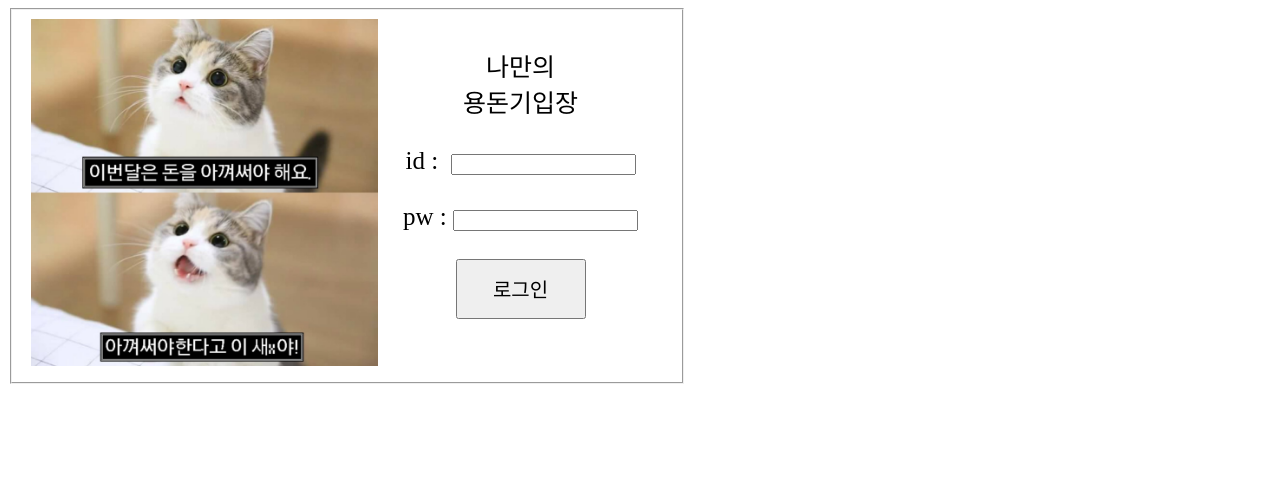
Repository: hus0124/M-IT
Page: JSP_Workspaces/pocketMoneyDiary/WebContent/index.html
The author's editor kept a copy of each file at every save. The page is drawn from the files as they stood at one save, then again after the next save.
The browser window is 1280 px wide. The pictures show the whole page.

Above is the page before, as saved 2020-01-03 00:38:28.

After the next save:
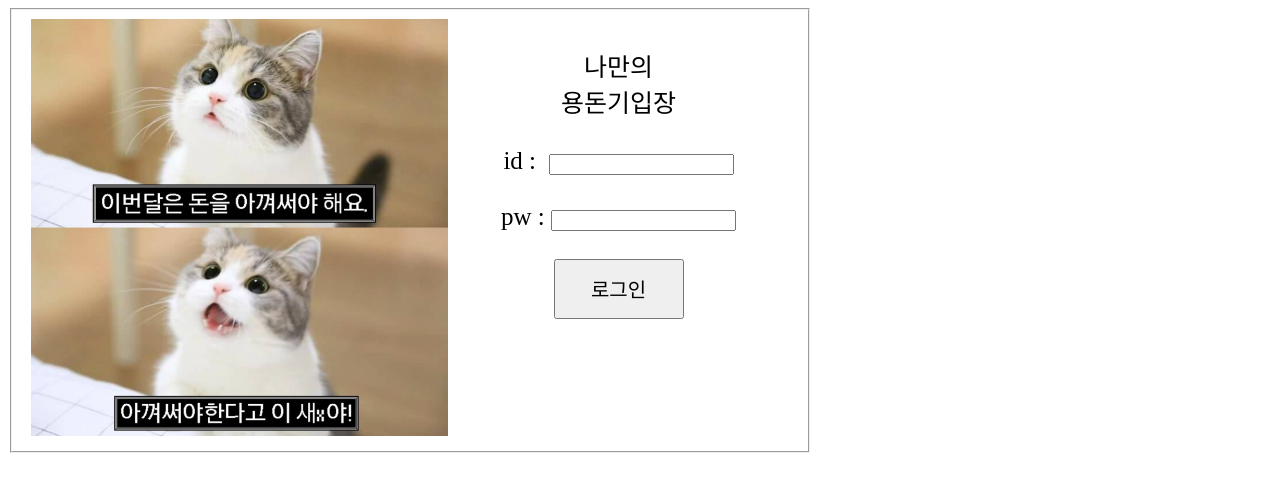
Saved 2 min 33 s later.
--- a/JSP_Workspaces/pocketMoneyDiary/WebContent/index.html
+++ b/JSP_Workspaces/pocketMoneyDiary/WebContent/index.html
@@ -14,7 +14,7 @@ input[type=text] {width:auto;}
 </style>
 </head>
 <body>
-	<fieldset style="width:50%; height:auto; text-align:center">
+	<fieldset style="width:60%; height:auto; text-align:center">
 	<form action="result.jsp" method="get">
 
 		<img src="catmoney.png" style="width:55%; height:auto; float:left">
